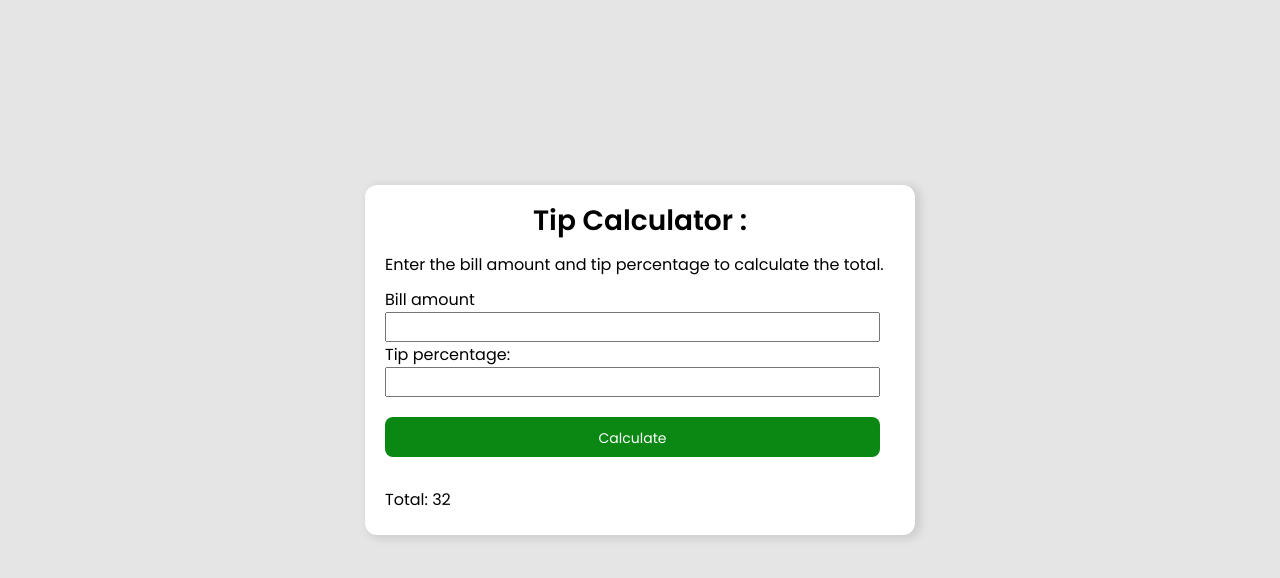
Repository: Ankitkr2021/Tip-Calculator
Page: index.html
An editor plug-in stored every save of this project. The page is shown before and after the next save, followed by the edit.
The browser window is 1280 px wide. The pictures show the whole page.

Above is the page before, as saved 2025-10-27 10:59:48.

### index.html
<!DOCTYPE html>
<html lang="en">
<head>
    <meta charset="UTF-8">
    <meta name="viewport" content="width=device-width, initial-scale=1.0">
    <title>Tip Calculator</title>
    <link rel="stylesheet" href="./style.css">
</head>
<body>
    <div class="box">
        <h2>Tip Calculator :</h2>
        <p>Enter the bill amount and tip percentage to calculate the total.</p>
        <p>Bill amount</p>
        <input type="number">
        <p>Tip percentage:</p>
        <input type="number">
        <button>Calculate</button>
        <p>Total: <span>32</span></p>
    </div>
</body>
</html>

### style.css
@import url('https://fonts.googleapis.com/css2?family=Poppins:wght@300;400;500;600;700&display=swap');

*{
    margin: 0;
    padding: 0;
    box-sizing: border-box;
    font-family: "Poppins",sans-serif;
}

body {
    height: 100vh;
    width: 100%;
    display: flex;
    align-items: center;
    justify-content: center;
    background: rgba(0,0,0,0.1);
}

.box {
    background: #fff;
    height: 350px;
    width: 550px;
    box-shadow: 4px 2px 8px 2px rgba(0,0,0,0.1);
    border-radius: 12px;
}

h2{
    text-align: center;
    padding: 15px 0 0 0;
    font-size: 28px;
    font-weight: 600;
}

p{
    padding: 10px 10px 0 10px ;
    margin-left: 10px;

}

input {
    width: 90%;
    height: 30px;
    margin-left: 20px;
}

button {
    padding: 3px 0 0 0;
    width: 90%;
    margin: 20px;
    height: 40px;
    background: rgb(11, 135, 19);
    border: none;
    color: #fff;
    font-size: 14px;
    border-radius: 8px;
}

p:nth-last-child(4) {
    padding: 0 10px;
}

After the next save:
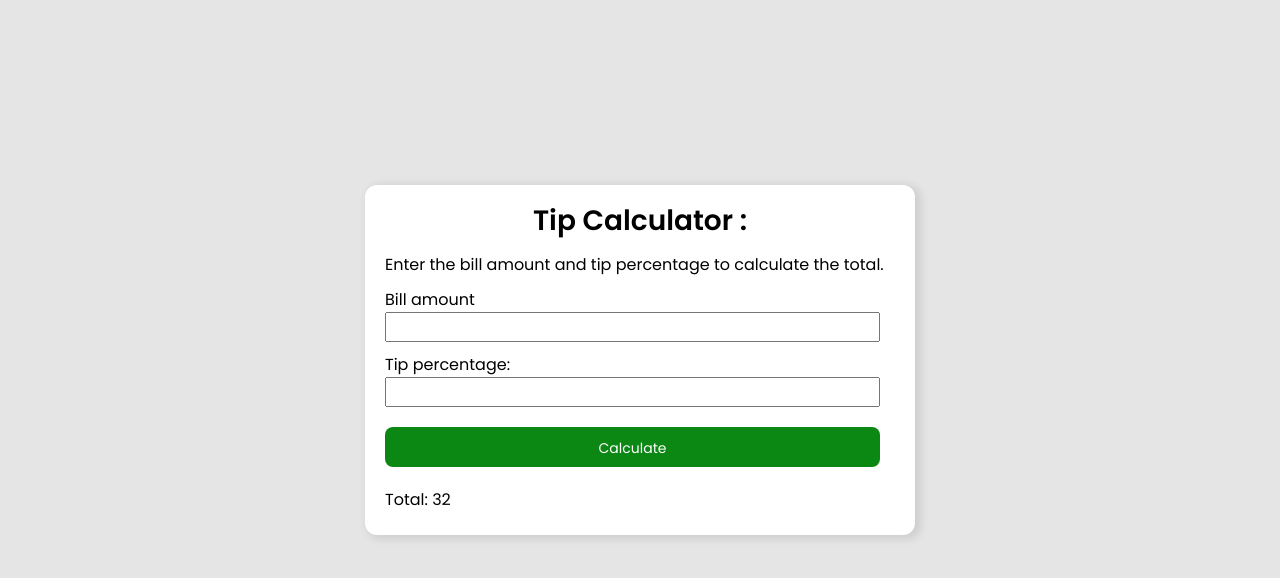
Saved 7 s later.
--- a/style.css
+++ b/style.css
@@ -55,6 +55,6 @@ button {
     border-radius: 8px;
 }
 
-p:nth-last-child(4) {
+p:nth-last-child(1) {
     padding: 0 10px;
 }
